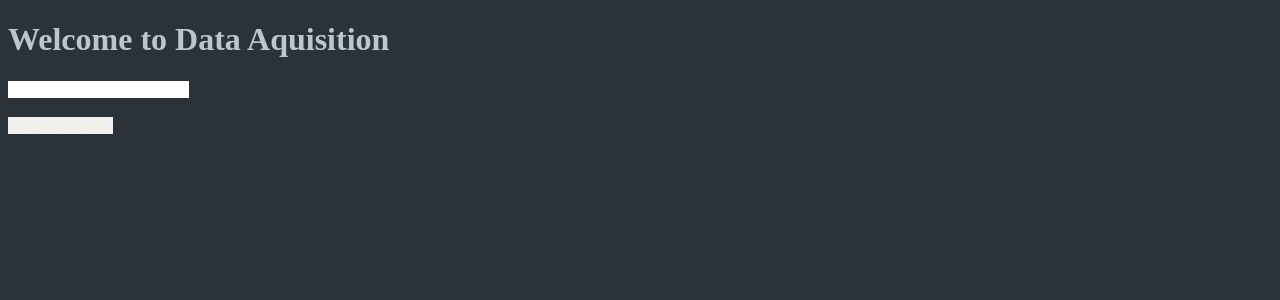
Repository: randy918/good-naked-beginning
Page: index.html
The author's editor kept a copy of each file at every save. The page is drawn from the files as they stood at one save, then again after a run of saves.
The browser window is 1280 px wide. The pictures show the whole page.
The style sheet was rebuilt from its Sass, Less or Tailwind sources for each picture, by a compiler version that may differ from the author's.

Above is the page before, as saved 2023-01-01 15:11:31.

After the next 9 saves:
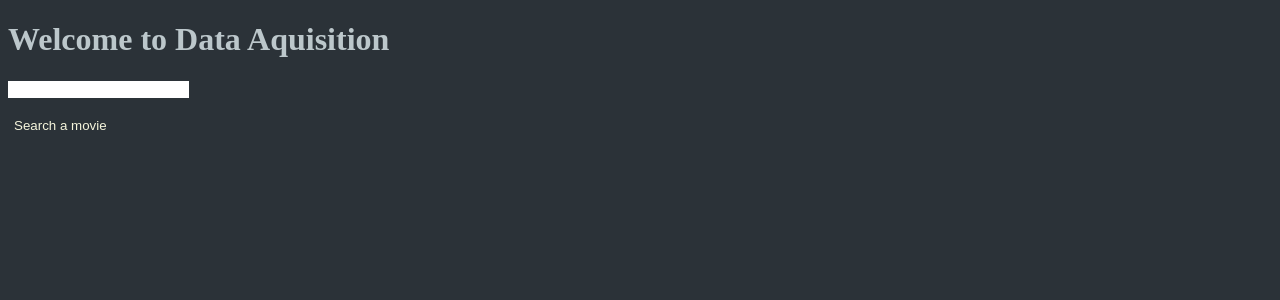
The 9 saves are shown as one change because 2 did not build or start and some came seconds apart.
The last was saved 2 min 59 s later.
--- a/css/main.scss
+++ b/css/main.scss
@@ -44,6 +44,6 @@ h1 {
 #search {
 
 color: beige;
-
+background-color: getColor(theDarkGray);
 
 }
